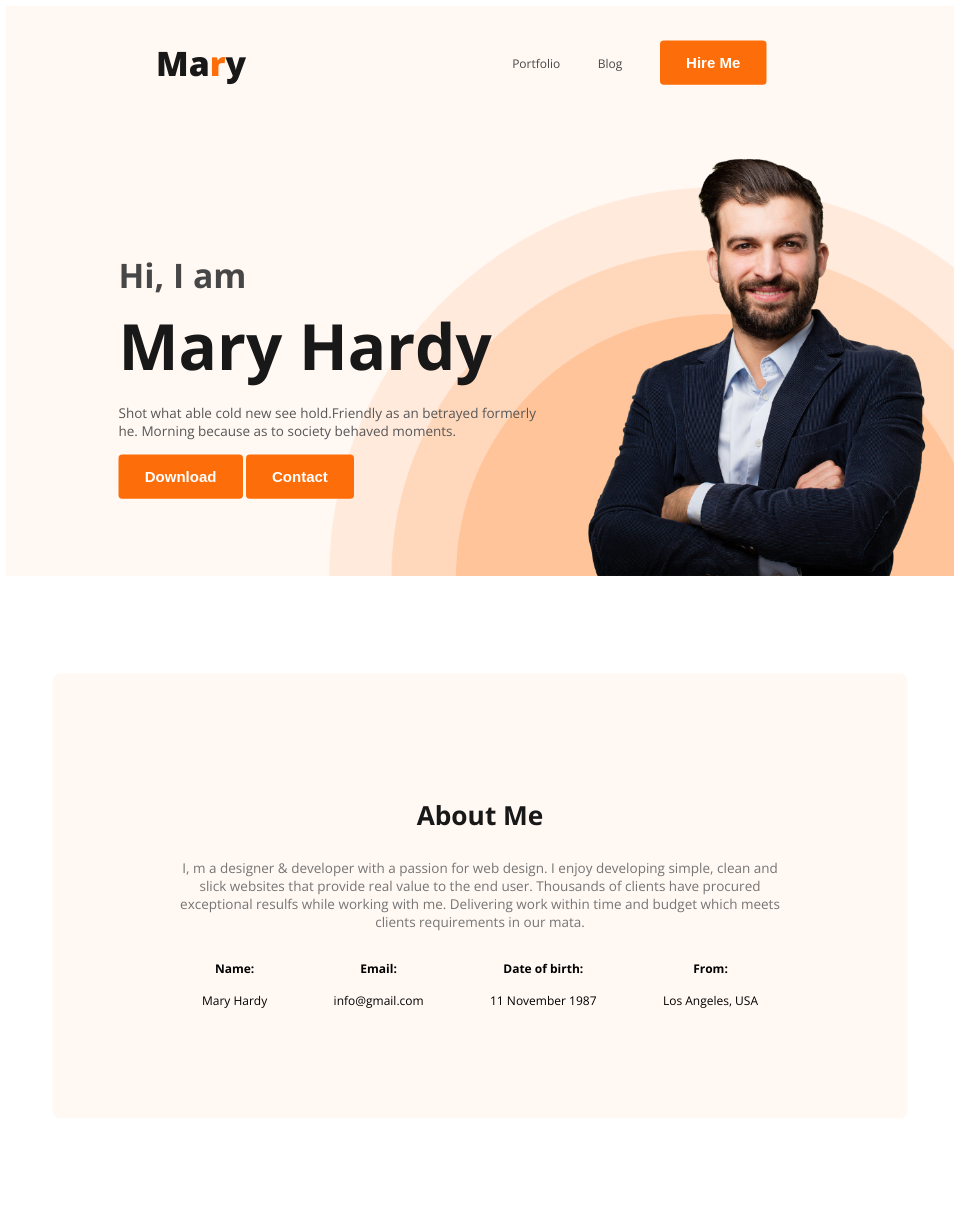
Repository: ShouravAhammed/Simple-Portfolio-Webpage
Page: index.html
An editor plug-in stored every save of this project. The page is shown before and after the next save, followed by the edit.
The browser window is 1280 px wide. The pictures show the whole page, at 75% of full size.

Above is the page before, as saved 2024-01-06 01:32:04.

### index.html
<!DOCTYPE html>
<html lang="en">
<head>
    <meta charset="UTF-8">
    <meta name="viewport" content="width=device-width, initial-scale=1.0">
    <title>Mary</title>
    <link rel="stylesheet" href="index.css">
</head>
<body>
    <header class="header">
        <nav>
            <h3 class="nav-title">Ma<span class="text-primary">r</span>y</h3>
            <ul class="navber">
                <li><a href="">Portfolio</a></li>
                <li><a href="">Blog</a></li>
                <li><button class="btn-primary">Hire Me</button></li>
            </ul>
        </nav>
        <div class="banner">
            <div class="banner-content">
                <h3 class="banner-greeting">Hi, I  am</h3>
                <h1 class="banner-title">Mary Hardy</h1>
                <p class="banner-description">Shot what able cold new see hold.Friendly as an betrayed formerly he. Morning because as to society behaved moments.</p>
                <button class="btn-primary">Download</button>
                <button class="btn-primary">Contact</button>
            </div>
            <img class="profile-pic" src="images/hardy.png" alt="profile-pic">
        </div>
    </header>
    <main>
        <section class="about">
            <h3 class="section-title">About Me</h3>
            <p class="section-description">I, m a designer & developer with a passion for web design. I enjoy developing simple, clean and slick websites that provide real value to the end user. Thousands of clients have procured exceptional resulfs while working with me. Delivering work within time and budget which meets clients requirements in our mata.</p>
            <div class="about-info-container">
                <div class="about-info">
                    <h4 class="info-title">Name:</h4>
                    <p class="info-description">Mary Hardy</p>
                </div>
                <div class="about-info">
                    <h4 class="info-title">Email:</h4>
                    <p class="info-description">info@gmail.com</p>
                </div>
                <div class="about-info">
                    <h4 class="info-title">Date of birth:</h4>
                    <p class="info-description">11 November 1987</p>
                </div>
                <div class="about-info">
                    <h4 class="info-title">From:</h4>
                    <p class="info-description">Los Angeles, USA</p>
                </div>
            </div>
        </section>
    </main>
    <footer>

    </footer>
</body>
</html>

### index.css
@import url('https://fonts.googleapis.com/css2?family=Lato:ital,wght@0,100;0,300;0,400;0,700;0,900;1,100;1,300;1,400;1,700;1,900&display=swap');
@import url('https://fonts.googleapis.com/css2?family=Open+Sans:ital,wght@0,300;0,400;0,500;0,600;0,700;0,800;1,300;1,400;1,500;1,600;1,700;1,800&display=swap');
/* google fonts import */
/* *{
    margin: 0;
    padding: 0;
    outline: 0;
} */
ul, ol{
    list-style: none;
}
body{
    font-family: 'Open Sans', sans-serif;
}
.text-primary{
    color: #FD6E0A;
}
.btn-primary{
    border-radius: 5px;
    color: #fff;
    background: #FD6E0A;
    font-size: 20px;
    font-weight: 700;
    padding: 18px 35px;
    border: 0;
}

/* nav related style */
nav{
    display: flex;
    justify-content: space-between;
    align-items: center;
    margin: 0 200px;
}
.nav-title{
    color: #181818;
    font-size: 45px;
    font-weight: 800;
}
nav > ul{
    display: flex;
    align-items: center;
}
nav li{
    margin-right: 50px;
}
nav a{
    text-decoration: none;
    color: #474747;
}
/* header related style */
.header{
    background: #FFF8F3;
    background-image: url(images/header_bg.png);
    background-position: bottom right;
    background-repeat: no-repeat;
}
.banner{
    display: flex;
    justify-content: space-between;
    padding: 30px 30px 0px 150px;
    align-items: center;
}
.banner-content{
    max-width: 580px;
}
.banner .profile-pic{
    width: 500px;
}
.banner-greeting{
    color: #474747;
    font-size: 45px;
    margin-bottom: 0;
}
.banner-title{
    color: #181818;
    font-size: 85px;
    font-weight: 700;
    margin-top: 5px;
    margin-bottom: 20px;
}
.banner-description{
    color: #575757;
    font-size: 18px;
    font-weight: 400;
    margin-bottom: 20px;
}
/* main part style */
main{
    max-width: 1140px;
    margin: 0 auto;
}
/* about part style */
.about{
    border-radius: 10px;
    background: #FFF8F3;
    margin: 130px 0px;
    padding: 130px 155px;
}
.section-title{
    color: #181818;
    text-align: center;
    font-size: 35px;
    font-weight: 700;
}
.section-description{
    color: #757575;
    text-align: center;
    font-size: 18px;
    font-weight: 400;
}
.about-info-container{
    display: flex;
    justify-content: space-around;
}
.about-info{
    text-align: center;
}

After the next save:
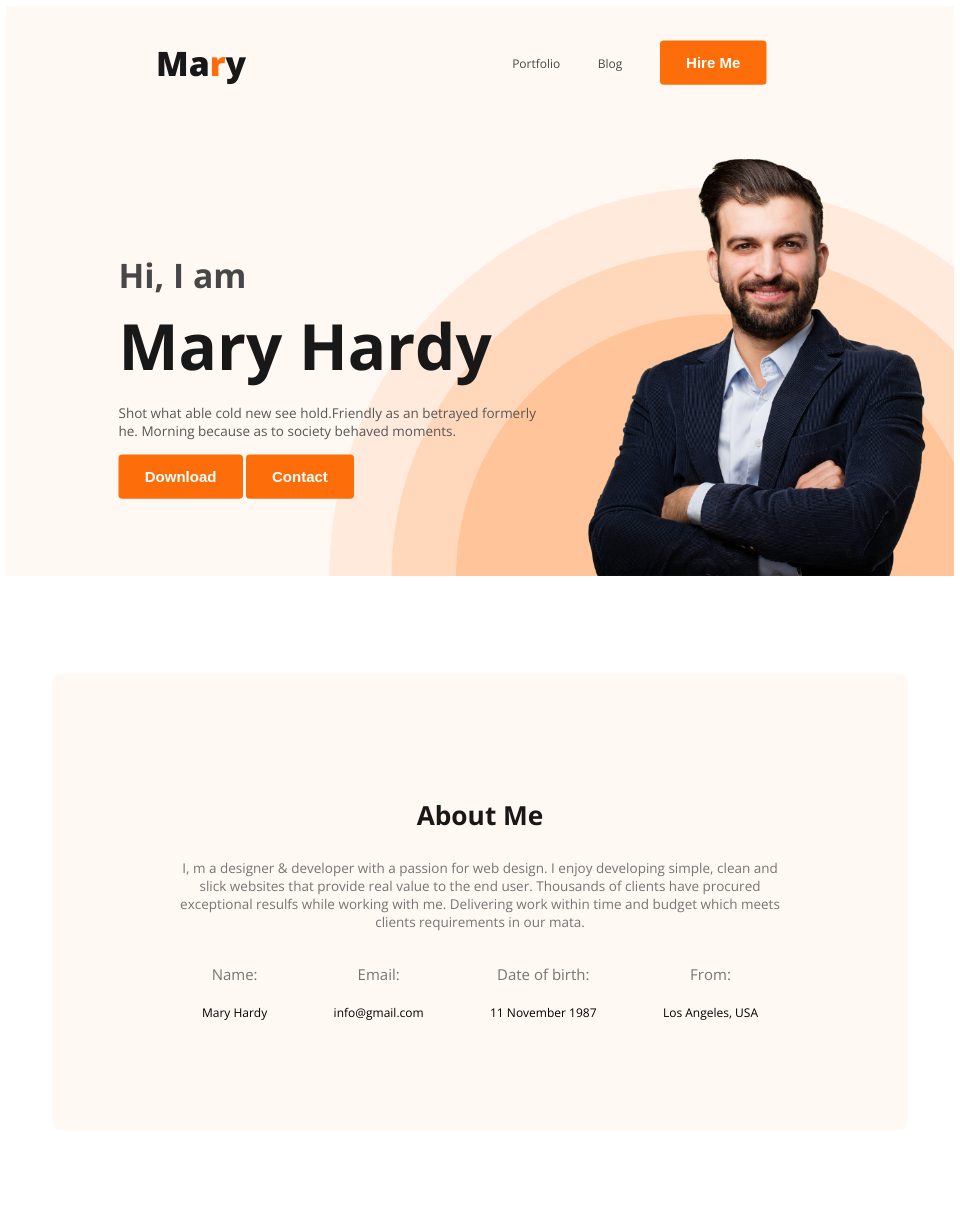
Saved 2 min 6 s later.
--- a/index.css
+++ b/index.css
@@ -116,3 +116,9 @@ main{
 .about-info{
     text-align: center;
 }
+.info-title{
+    color:  #757575;
+    text-align: center;
+    font-size: 20px;
+    font-weight: 400;
+}
